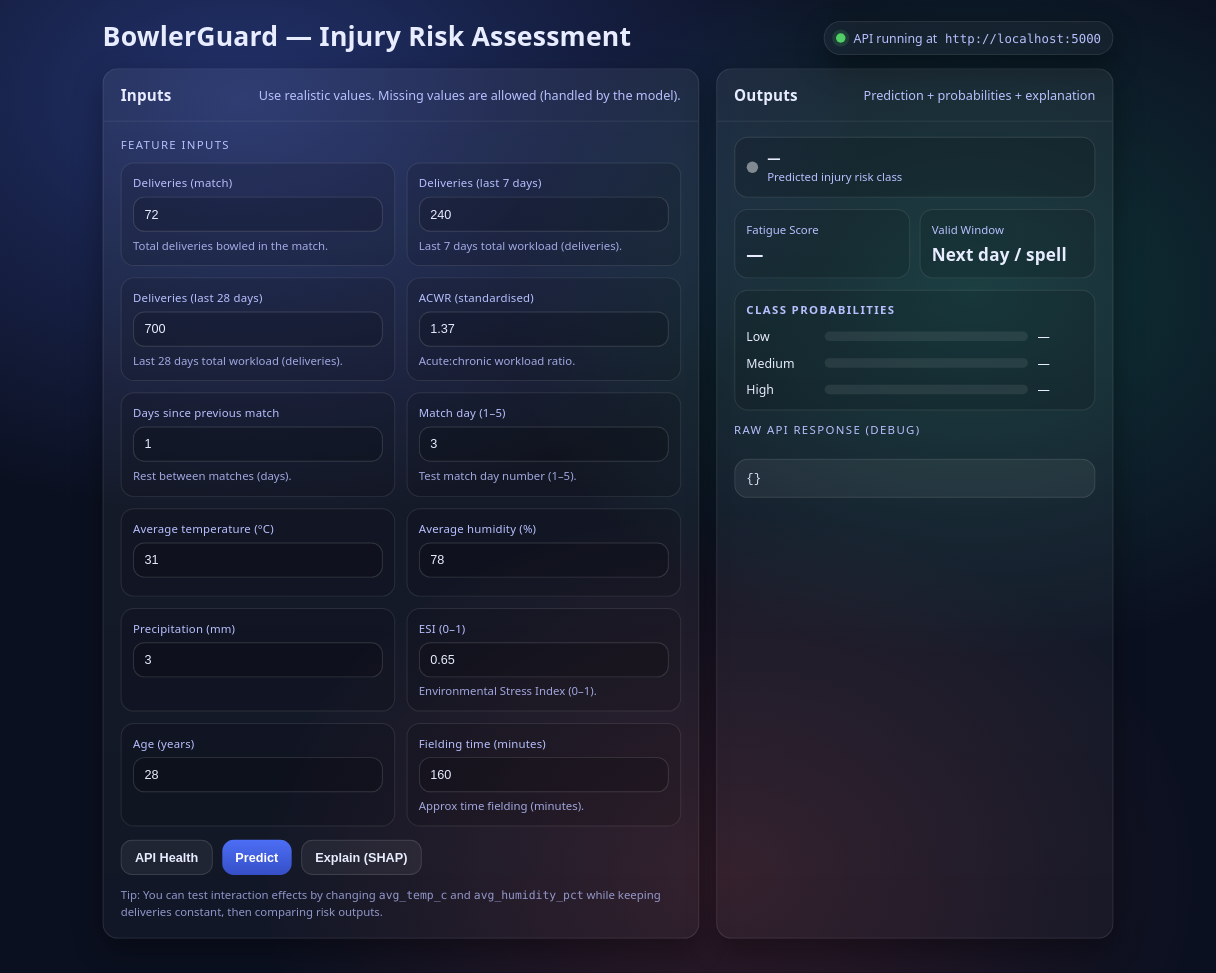
Repository: KulinduDev/bowlerguard_final
Page: bowlerguard/frontend/index.html
The author's editor kept a copy of each file at every save. The page is drawn from the files as they stood at one save, then again after the next save.
The browser window is 1280 px wide. The pictures show the whole page, at 95% of full size.

Above is the page before, as saved 2026-02-23 08:58:36.

After the next save:
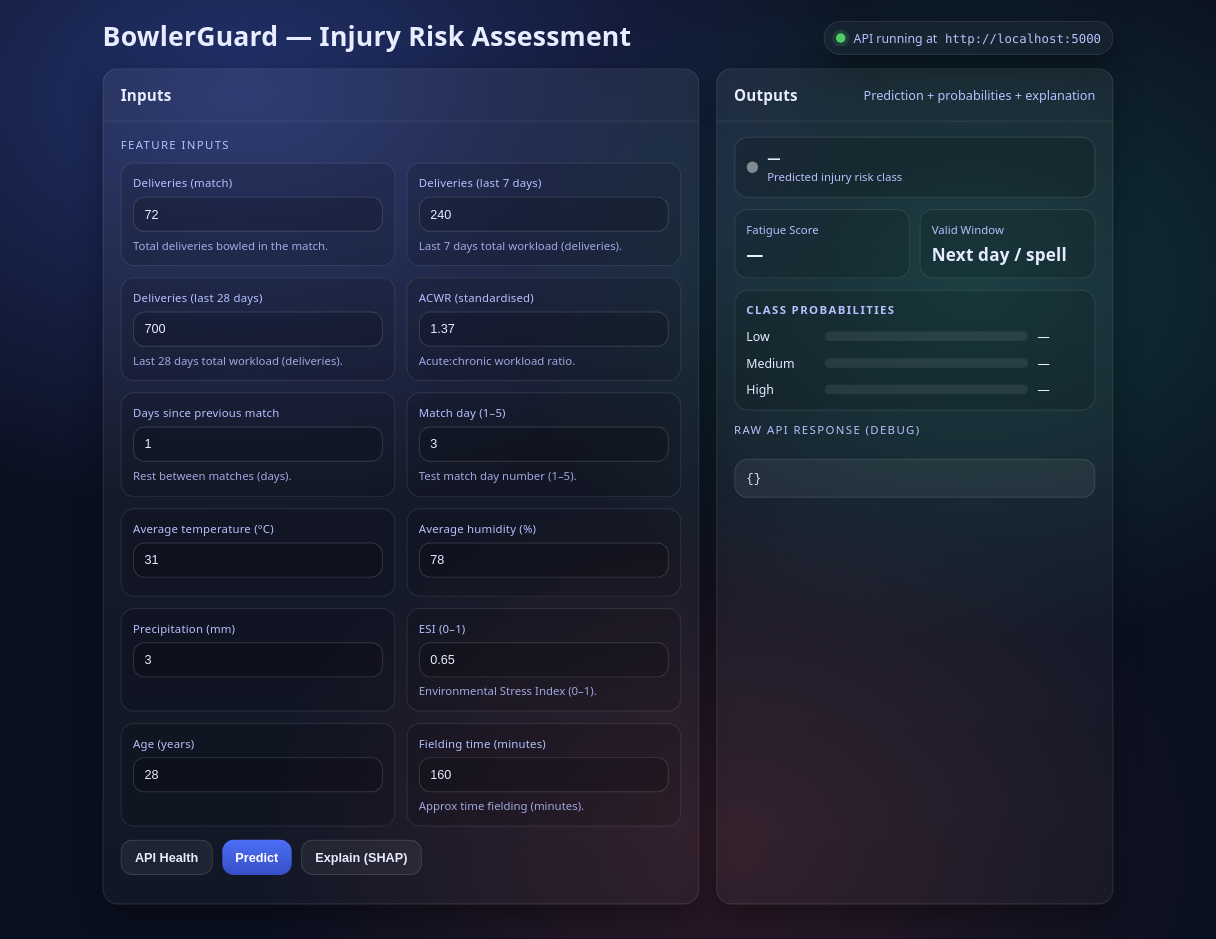
Saved 66 s later.
--- a/bowlerguard/frontend/index.html
+++ b/bowlerguard/frontend/index.html
@@ -317,7 +317,7 @@
       <div class="card">
         <div class="card-h">
           <h2>Inputs</h2>
-          <small>Use realistic values. Missing values are allowed (handled by the model).</small>
+
         </div>
         <div class="card-b">
           <p class="section-title">Feature Inputs</p>
@@ -330,8 +330,7 @@
           </div>
 
           <div class="note">
-            Tip: You can test interaction effects by changing <span class="mono">avg_temp_c</span> and
-            <span class="mono">avg_humidity_pct</span> while keeping deliveries constant, then comparing risk outputs.
+
           </div>
         </div>
       </div>
